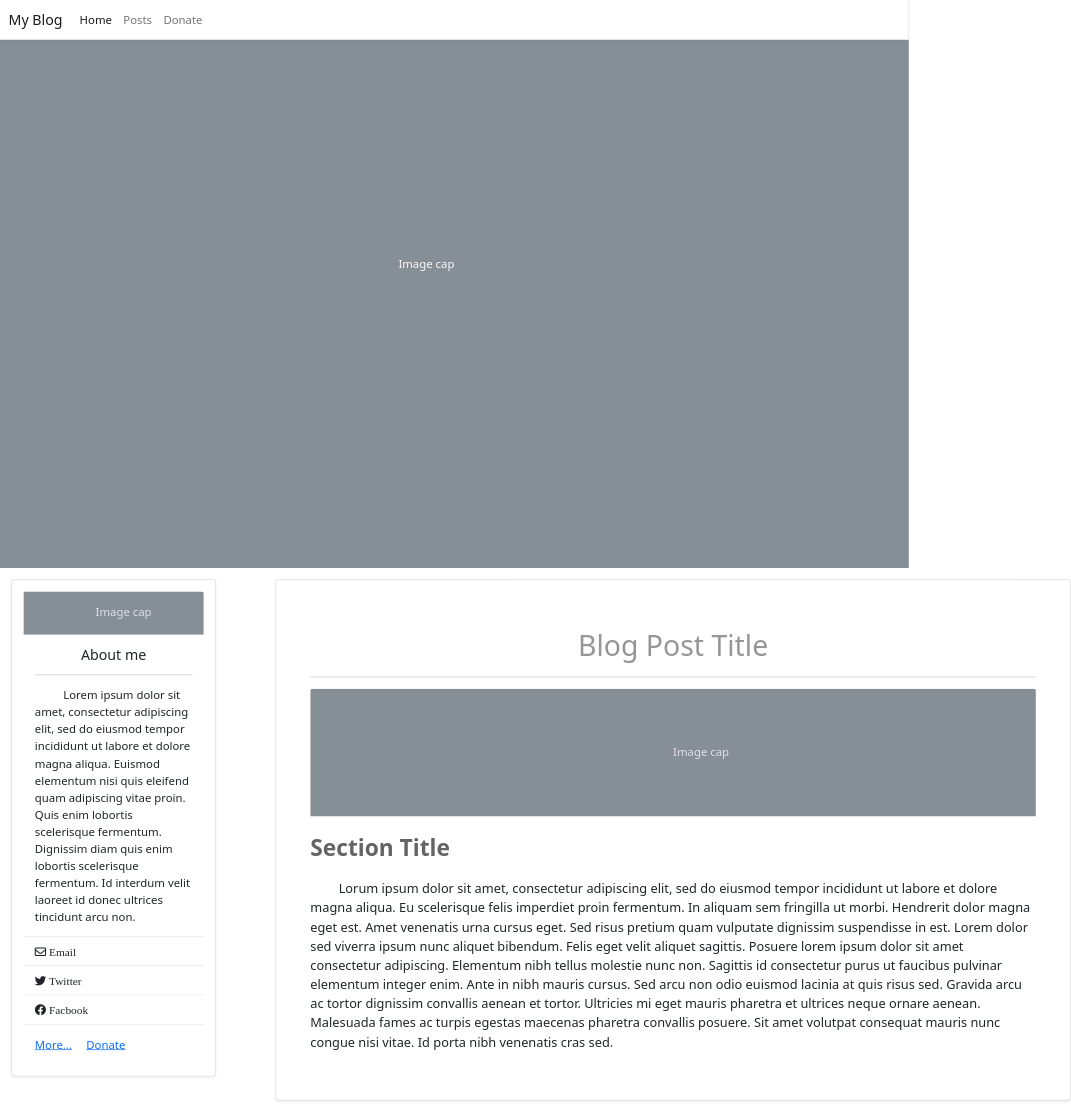
Repository: LublubXT/Azi-Tec-Team
Page: views/templates/blogs/personalblog/posts.html
An editor plug-in stored every save of this project. The page is shown before and after the next save, followed by the edit.
The browser window is 1280 px wide. The page is 1508 px wide, then 1280 px, so the pictures cover 1508 px, including what lies to the right of the window. The pictures show the whole page, at 71% of full size.

Above is the page before, as saved 2021-03-11 13:00:12.

After the next save:
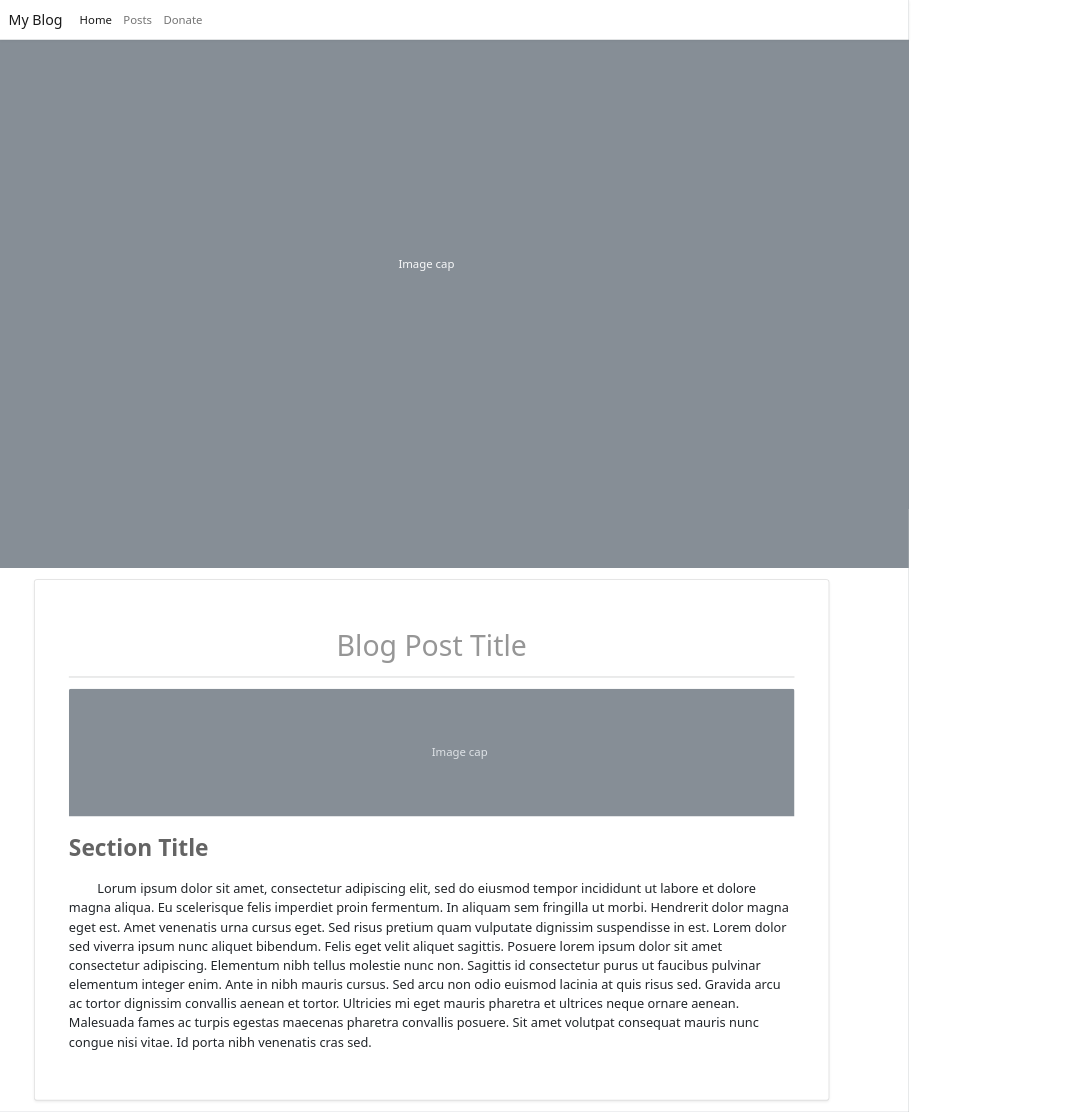
Saved 16 s later.
--- a/views/templates/blogs/personalblog/posts.html
+++ b/views/templates/blogs/personalblog/posts.html
@@ -44,37 +44,7 @@
         <div>
             <div style="width: 100%;" class="grid-container tab-content">
 
-                <div class="card mx-3 my-3 shadow-sm grid-child p-3" style="width: 18rem; height: 700px; ">
-                    <svg class="bd-placeholder-img card-img-top" width="100%" height="180"
-                        xmlns="http://www.w3.org/2000/svg" role="img" aria-label="Placeholder: Image cap"
-                        preserveAspectRatio="xMidYMid slice" focusable="true">
-                        <title>Placeholder</title>
-                        <rect width="100%" height="100%" fill="#868e96"></rect><text x="40%" y="50%" fill="#dee2e6"
-                            dy=".3em">Image
-                            cap</text>
-                    </svg>
-                    <div class="card-body">
-                        <h5 class="card-title" style="text-align: center;">About me</h5>
-                        <hr>
-                        <p class="card-text"><span class="tab"></span>Lorem ipsum dolor sit amet, consectetur adipiscing
-                            elit, sed do eiusmod
-                            tempor
-                            incididunt ut labore et dolore magna
-                            aliqua. Euismod elementum nisi quis eleifend quam adipiscing vitae proin. Quis enim lobortis
-                            scelerisque fermentum.
-                            Dignissim diam quis enim lobortis scelerisque fermentum. Id interdum velit laoreet id donec
-                            ultrices tincidunt arcu non.</p>
-                    </div>
-                    <ul class="list-group list-group-flush">
-                        <li class="list-group-item"><i class="far fa-envelope"> Email</i></li>
-                        <li class="list-group-item"><i class="fab fa-twitter"> Twitter</i></li>
-                        <li class="list-group-item"><i class="fab fa-facebook"> Facbook</i></li>
-                    </ul>
-                    <div class="card-body">
-                        <a href="#" class="card-link">More...</a>
-                        <a href="#" class="card-link">Donate</a>
-                    </div>
-                </div>
+
                 <div class="card mx-5 my-3 float-end shadow-sm grid-child p-5 tab-pane fade show active"
                     style="width: 70rem; height: auto;" id="pills-1" role="tabpanel" aria-labelledby="pills-1-tab">
                     <h1 class="blog_title">Blog Post Title</h1>
